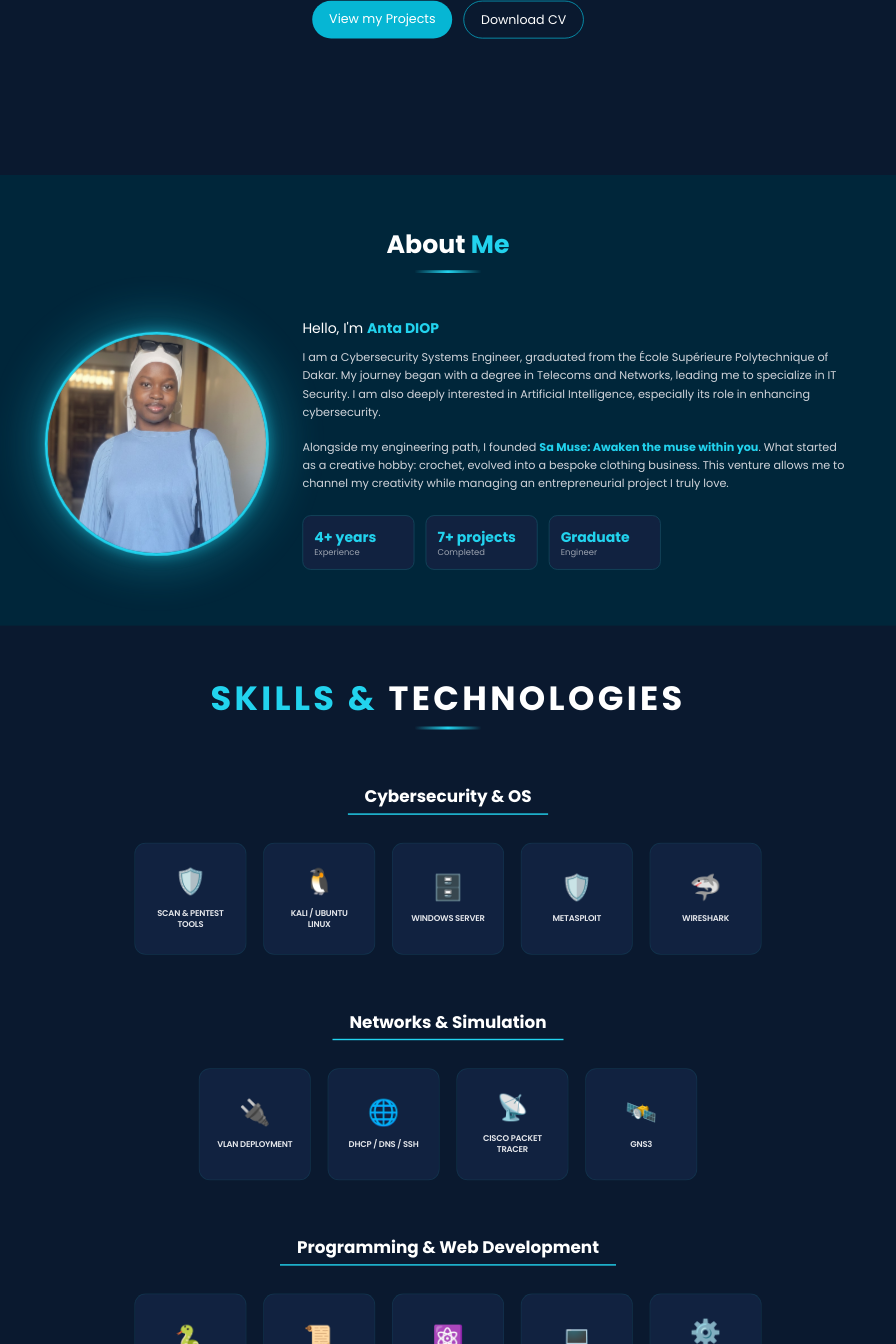
Repository: AntaaaKD/Mon-Portfolio
Page: /
An editor plug-in stored every save of this project. The page is shown before and after a run of saves, followed by the edit.
The browser window is 1280 px wide. The pictures show the part of the page from y = 470 to 2390 px (the page is 8584 px tall before and 8660 px after), at 70% of full size.
The project was rebuilt for these pictures with package versions that can differ from the ones it lists, and the page was loaded fresh each time.

Above is the page before, as saved 2026-01-15 12:56:23.

### public/index.html
<!DOCTYPE html>
<html lang="en">
  <link href="https://fonts.googleapis.com/css2?family=Poppins:wght@400;600;700&display=swap" rel="stylesheet">
  <head>
    <meta charset="utf-8" />
    <link rel="icon" href="%PUBLIC_URL%/favicon.ico" />
    <meta name="viewport" content="width=device-width, initial-scale=1" />
    <meta name="theme-color" content="#000000" />
    <meta
      name="description"
      content="Web site created using create-react-app"
    />
    <link rel="apple-touch-icon" href="%PUBLIC_URL%/logo192.png" />
    <!--
      manifest.json provides metadata used when your web app is installed on a
      user's mobile device or desktop. See https://developers.google.com/web/fundamentals/web-app-manifest/
    -->
    <link rel="manifest" href="%PUBLIC_URL%/manifest.json" />
    <!--
      Notice the use of %PUBLIC_URL% in the tags above.
      It will be replaced with the URL of the `public` folder during the build.
      Only files inside the `public` folder can be referenced from the HTML.

      Unlike "/favicon.ico" or "favicon.ico", "%PUBLIC_URL%/favicon.ico" will
      work correctly both with client-side routing and a non-root public URL.
      Learn how to configure a non-root public URL by running `npm run build`.
    -->
    <title>React App</title>
  </head>
  <body>
    <noscript>You need to enable JavaScript to run this app.</noscript>
    <div id="root"></div>
    <!--
      This HTML file is a template.
      If you open it directly in the browser, you will see an empty page.

      You can add webfonts, meta tags, or analytics to this file.
      The build step will place the bundled scripts into the <body> tag.

      To begin the development, run `npm start` or `yarn start`.
      To create a production bundle, use `npm run build` or `yarn build`.
    -->
  </body>
</html>

### src/index.css
@tailwind base;
@tailwind components;
@tailwind utilities;

body {
  margin: 0;
  font-family: 'Poppins', sans-serif;
  -webkit-font-smoothing: antialiased;
  -moz-osx-font-smoothing: grayscale;
}

code {
  font-family: source-code-pro, Menlo, Monaco, Consolas, 'Courier New',
    monospace;
}

### src/components/Navbar.jsx
import React, { useState, useEffect } from 'react';
import { Menu, X } from 'lucide-react';

const Navbar = () => {
  const [isScrolled, setIsScrolled] = useState(false);
  const [isOpen, setIsOpen] = useState(false);

  // Détecter le défilement pour changer l'apparence
  useEffect(() => {
    const handleScroll = () => {
      if (window.scrollY > 100) {
        setIsScrolled(true);
      } else {
        setIsScrolled(false);
      }
    };
    window.addEventListener('scroll', handleScroll);
    return () => window.removeEventListener('scroll', handleScroll);
  }, []);

  const navLinks = [
    { name: "Home", href: "#home" },
    { name: "About", href: "#about" },
    { name: "Skills", href: "#skills" },
    { name: "Achievements", href: "#achievements" },
    { name: "Projects", href: "#projects" },
    { name: "Community Engagement", href: "#community" },
    { name: "Contact", href: "#contact" },
  ];

  return (
    <>
      {/* 1. NAVBAR CLASSIQUE (Visible en haut de page) */}
      <nav className={`fixed top-0 w-full z-50 transition-all duration-500 px-6 py-4 ${
        isScrolled ? 'opacity-0 -translate-y-full pointer-events-none' : 'opacity-100 translate-y-0 bg-transparent'
      }`}>
        <div className="max-w-7xl mx-auto flex justify-between items-center">
          <div className="text-2xl font-black text-cyan-400">AD</div>
          <div className="hidden md:flex gap-8">
            {navLinks.map((link) => (
              <a key={link.name} href={link.href} className="text-sm font-medium hover:text-cyan-400 transition-colors uppercase tracking-widest">
                {link.name}
              </a>
            ))}
          </div>
        </div>
      </nav>

      {/* 2. ICONE MENU FLOTTANT (Apparaît au scroll) */}
      <div className={`fixed top-6 right-6 z-[60] transition-all duration-500 ${
        isScrolled ? 'scale-100 opacity-100' : 'scale-0 opacity-0'
      }`}>
        <button
          onClick={() => setIsOpen(!isOpen)}
          className="w-14 h-14 bg-cyan-500 text-[#0a192f] rounded-full flex items-center justify-center shadow-[0_0_20px_rgba(34,211,238,0.5)] hover:bg-white transition-all active:scale-90"
        >
          {isOpen ? <X size={28} /> : <Menu size={28} />}
        </button>
      </div>

      {/* 3. MENU OVERLAY (Plein écran quand on clique sur l'icône) */}
      <div className={`fixed inset-0 z-[55] bg-[#0a192f]/fb backdrop-blur-xl transition-all duration-500 ${
        isOpen ? 'translate-x-0' : 'translate-x-full'
      }`}>
        <div className="h-full flex flex-col items-center justify-center gap-8">
          {navLinks.map((link) => (
            <a
              key={link.name}
              href={link.href}
              onClick={() => setIsOpen(false)}
              className="text-3xl font-bold text-white hover:text-cyan-400 transition-colors uppercase tracking-tighter"
            >
              {link.name}
            </a>
          ))}
        </div>
      </div>
    </>
  );
};

export default Navbar;

### src/components/Home.jsx
import React, { useEffect, useRef } from 'react';
import Typed from 'typed.js';

const Home = () => {
  // Création d'une référence pour l'élément qui accueillera l'animation
  const el = useRef(null);

  useEffect(() => {
    const typed = new Typed(el.current, {
      strings: [
        "Cybersecurity Engineer",
        "Founder of Sa Muse",
      ],
      typeSpeed: 100,
      backSpeed: 90,
      loop: true,
    });

    // Nettoyage de l'animation pour éviter les bugs de mémoire
    return () => {
      typed.destroy();
    };
  }, []);

  return (
    <section id="home" className="flex flex-col items-center justify-center h-screen text-center px-4">
      <h1 className="text-6xl font-bold mb-4">
        Hi, I'm <span className="text-cyan-400">Anta DIOP</span>
      </h1>

      {/* On applique la ref ici pour l'animation */}
      <h2 className="text-2xl font-bold text-cyan-400 mb-6 h-8">
        <span ref={el}></span>
      </h2>

      <p className="text-lg mb-8 max-w-2xl">
        A Cybersecurity Engineer, I am passionate about analyzing, protecting, and detecting threats across systems and networks.
        I am also particularly interested in artificial intelligence applied to cybersecurity, a field that offers highly promising perspectives.
      </p>

      <div className="flex space-x-4">
        <a href="#projects" className="bg-cyan-500 text-lg px-6 py-3 rounded-full hover:bg-cyan-600 transition">
            View my Projects
        </a>
        <a href="/cv.pdf" download className="px-6 py-3 rounded-full border border-cyan-500 text-lg hover:bg-cyan-500 hover:text-custom-blue transition">
            Download CV
        </a>
      </div>
    </section>
  );
};

export default Home;

### src/components/About.jsx
import React from 'react';

const About = () => {
  return (
    <section id="about" className="py-20 px-4 bg-custom-blue text-white">
      <div className="max-w-6xl mx-auto">
        {/* Titre de la section */}
        <h2 className="text-4xl font-bold text-center mb-16">
          About <span className="text-cyan-400">Me</span>
          <div className="h-1 w-24 bg-gradient-to-r from-transparent via-cyan-400 to-transparent mx-auto mt-4 rounded-full"></div>
        </h2>


        <div className="flex flex-col md:flex-row items-center justify-between gap-12">

          {/* Colonne Image avec l'effet de halo bleu */}
          <div className="relative w-64 h-64 md:w-80 md:h-80">
            <div className="absolute inset-0 rounded-full bg-cyan-400 opacity-20 blur-2xl animate-pulse"></div>
            <div className="relative w-full h-full rounded-full border-4 border-cyan-400 overflow-hidden shadow-[0_0_20px_rgba(34,211,238,0.5)]">
              <img
                src="/image1.png"
                alt="Anta DIOP"
                className="w-full h-full object-cover"
              />
            </div>
          </div>

          {/* Colonne Texte */}
          <div className="flex-1 text-center md:text-left">
            <h3 className="text-xl mb-4">
              Hello, I'm <span className="text-cyan-400 font-bold">Anta DIOP</span>
            </h3>
            <p className="text-gray-300 mb-6 leading-relaxed">
              I am a Cybersecurity Systems Engineer, graduated from the École Supérieure Polytechnique of Dakar.
              My journey began with a degree in Telecoms and Networks, leading me to specialize in IT Security.
              I am also deeply interested in Artificial Intelligence, especially its role in enhancing cybersecurity.
            </p>
            <p className="text-gray-300 mb-8 leading-relaxed">
              Alongside my engineering path, I founded <span className="text-cyan-400 font-bold"> Sa Muse: Awaken the muse within you</span>.
              What started as a creative hobby: crochet, evolved into a bespoke clothing business. This venture allows me to channel my creativity while managing an entrepreneurial project I truly love.
            </p>

            {/* Cartes de statistiques (comme sur le modèle) */}
            <div className="flex flex-wrap justify-center md:justify-start gap-4">
              <div className="bg-[#112240] p-4 rounded-xl border border-cyan-900 w-40">
                <p className="text-cyan-400 font-bold text-xl">4+ years</p>
                <p className="text-xs text-gray-400">Experience</p>
              </div>
              <div className="bg-[#112240] p-4 rounded-xl border border-cyan-900 w-40">
                <p className="text-cyan-400 font-bold text-xl">7+ projects</p>
                <p className="text-xs text-gray-400">Completed</p>
              </div>
              <div className="bg-[#112240] p-4 rounded-xl border border-cyan-900 w-40">
                <p className="text-cyan-400 font-bold text-xl">Graduate</p>
                <p className="text-xs text-gray-400">Engineer</p>
              </div>
            </div>
          </div>

        </div>
      </div>
    </section>
  );
};

export default About;

### src/components/Skills.jsx
import React from 'react';

const Skills = () => {
  const skillCategories = [
    {
      domain: "Cybersecurity & OS",
      tools: [
        { name: 'Scan & Pentest Tools', icon: '🛡️' },
        { name: 'Kali / Ubuntu Linux', icon: '🐧' },
        { name: 'Windows Server', icon: '🗄️' },
        { name: 'Metasploit', icon: '🛡️' },
        { name: 'Wireshark', icon: '🦈' }
      ]
    },
    {
      domain: "Networks & Simulation",
      tools: [
        { name: 'VLAN Deployment', icon: '🔌' },
        { name: 'DHCP / DNS / SSH', icon: '🌐' },
        { name: 'Cisco Packet Tracer', icon: '📡' },
        { name: 'GNS3', icon: '🛰️' }
      ]
    },
    {
      domain: "Programming & Web Development",
      tools: [
        { name: 'Python', icon: '🐍' },
        { name: 'JavaScript', icon: '📜' },
        { name: 'React', icon: '⚛️' },
        { name: 'HTML5 / CSS3', icon: '💻' },
        { name: 'Low Code / No Code', icon: '⚙️' },
      ]
    },
    {
      domain: "Data & Infrastructure",
      tools: [
        { name: 'Machine Learning', icon: '🧠' },
        { name: 'SQL', icon: '📊' },
        { name: 'Docker', icon: '🐳' },
        { name: 'VMware / Virtualbox', icon: '🖥️' },
        { name: 'GitHub', icon: '🐙' }
      ]
    }
  ];

  return (
    <section id="skills" className="py-20 bg-[#0a192f] text-white">
      <div className="max-w-6xl mx-auto px-4">
        <h2 className="text-5xl font-bold text-center mb-20 text-cyan-400 uppercase tracking-widest">
          Skills & <span className="text-white">Technologies</span>
          <div className="h-1 w-24 bg-gradient-to-r from-transparent via-cyan-400 to-transparent mx-auto mt-4 rounded-full"></div>
        </h2>

        <div className="space-y-20">
          {skillCategories.map((category, idx) => (
            <div key={idx} className="flex flex-col items-center">
              {/* Titre du domaine bien centré */}
              <h3 className="text-2xl font-bold mb-10 text-white border-b-2 border-cyan-400 pb-2 px-6">
                {category.domain}
              </h3>

              {/* Grille des outils centrée */}
              <div className="flex flex-wrap justify-center gap-6 w-full">
                {category.tools.map((tool, index) => (
                  <div
                    key={index}
                    className="bg-[#112240] p-6 rounded-2xl border border-cyan-900/40 flex flex-col items-center justify-center w-40 h-40 transition-all duration-300 hover:border-cyan-400 hover:-translate-y-2 hover:shadow-[0_0_20px_rgba(34,211,238,0.15)] group"
                  >
                    <div className="text-4xl mb-4 group-hover:scale-110 transition-transform">
                      {tool.icon}
                    </div>
                    <h4 className="text-xs font-semibold text-gray-200 text-center uppercase tracking-tight">
                      {tool.name}
                    </h4>
                  </div>
                ))}
              </div>
            </div>
          ))}
        </div>
      </div>
    </section>
  );
};

export default Skills;

### src/components/Community.jsx
import React from 'react';
import { Users, Globe, ShieldCheck, Heart } from 'lucide-react';

const Community = () => {
  const experiences = [
    {
      organization: "WiMLDS Dakar",
      role: "Secretary General",
      icon: <Users className="text-pink-400" />,
      description: "Community dedicated to supporting women in Machine Learning and Data Science. I oversee administration and ensure the smooth execution of all community activities and initiatives.",
      tags: ["Leadership", "Gender Diversity", "AI"]
    },
    {
      organization: "Cyber221",
      role: "Digital Ambassador",
      icon: <ShieldCheck className="text-cyan-400" />,
      description: "Promoting cybersecurity culture and digital education in Senegal. Focused on online safety for children and fostering responsible digital behavior among citizens.",
      tags: ["Cyber Awareness", "Education", "Digital Safety"]
    },
    {
      organization: "Galsen AI",
      role: "MeetUp & Program Organizer",
      icon: <Globe className="text-blue-400" />,
      description: "Coordinating workshops and conferences focused on AI, Big Data, and IoT. Managing logistics and collaborating with speakers to enrich the tech ecosystem in Senegal.",
      tags: ["Event Planning", "AI Outreach", "Networking"]
    },
    {
      organization: "Association Xeweul bi",
      role: "Active Member",
      icon: <Heart className="text-red-400" />,
      description: "Providing holistic support to homeless and underprivileged individuals. Working to restore dignity and social integration through essential needs assistance.",
      tags: ["Social Impact", "Volunteerism", "Community"]
    }
  ];

  return (
    <section id="community" className="w-full py-24 bg-transparent text-white">
      <div className="max-w-6xl mx-auto px-4">

        <div className="text-center mb-16">
          <h2 className="text-5xl font-extrabold text-cyan-400  tracking-tighter">
            Community  <span className="text-white">Engagement</span>

          <div className="h-1 w-24 bg-gradient-to-r from-transparent via-cyan-400 to-transparent mx-auto mt-4 rounded-full"></div>
          </h2>
          <p className="text-gray-400 mt-4 italic">Active involvement in promoting technology, cybersecurity, and social impact within the Senegalese ecosystem.</p>
        </div>


        <div className="grid grid-cols-1 md:grid-cols-2 gap-8">
          {experiences.map((exp, index) => (
            <div
              key={index}
              className="bg-[#112240] p-8 rounded-2xl border border-cyan-900/30 hover:border-cyan-400/50 transition-all duration-300 shadow-xl group"
            >
              <div className="flex items-start gap-6">
                <div className="p-4 bg-[#0a192f] rounded-xl group-hover:scale-110 transition-transform shadow-inner">
                  {exp.icon}
                </div>

                <div className="flex-1">
                  <h3 className="text-2xl font-bold text-white group-hover:text-cyan-400 transition-colors">
                    {exp.organization}
                  </h3>
                  <h4 className="text-cyan-500 font-medium mb-4 italic">
                    {exp.role}
                  </h4>
                  <p className="text-gray-400 text-sm leading-relaxed mb-6">
                    {exp.description}
                  </p>

                  <div className="flex flex-wrap gap-2">
                    {exp.tags.map((tag, i) => (
                      <span key={i} className="text-[10px] font-mono text-cyan-300 bg-cyan-900/20 border border-cyan-800 px-2 py-1 rounded">
                        {tag}
                      </span>
                    ))}
                  </div>
                </div>
              </div>
            </div>
          ))}
        </div>
      </div>
    </section>
  );
};

export default Community;

### src/components/Contact.jsx
import React from 'react';
import { Mail, Linkedin, Github, ExternalLink } from 'lucide-react';

const Contact = () => {
  const contactLinks = [
    {
      name: "Email",
      value: "Soxna Anta",
      icon: <Mail size={28} />,
      link: "mailto:soxnaanta844@gmail.com",
      color: "hover:text-red-400"
    },
    {
      name: "LinkedIn",
      value: "Anta DIOP",
      icon: <Linkedin size={28} />,
      link: "https://www.linkedin.com/in/anta-diop-2332092a1/",
      color: "hover:text-blue-400"
    },
    {
      name: "GitHub",
      value: "AntaaaKD",
      icon: <Github size={28} />,
      link: "https://github.com/AntaaaKD",
      color: "hover:text-gray-400"
    }
  ];

  return (
    <section id="contact" className="w-full py-24 bg-[#0a192f] text-white">
      <div className="max-w-4xl mx-auto px-4 text-center">
        <h2 className="text-5xl font-extrabold text-cyan-400 mb-6 tracking-tighter">
          Let's <span className="text-white">Connect</span>
        </h2>

        <p className="text-gray-400 mb-16 max-w-2xl mx-auto text-lg">
          I'm always open to discussing <span className="text-cyan-400">Cybersecurity</span> research,
          AI projects, or professional opportunities.
        </p>

        <div className="grid grid-cols-1 md:grid-cols-3 gap-8">
          {contactLinks.map((contact, index) => (
            <a
              key={index}
              href={contact.link}
              target="_blank"
              rel="noopener noreferrer"
              className={`bg-[#112240] p-10 rounded-3xl border border-cyan-900/30 transition-all duration-300 group shadow-xl flex flex-col items-center hover:border-cyan-400/50 hover:-translate-y-3`}
            >
              {/* Icône avec cercle de fond */}
              <div className="w-16 h-16 bg-[#0a192f] rounded-2xl flex items-center justify-center mb-6 text-cyan-400 group-hover:scale-110 group-hover:bg-cyan-400 group-hover:text-[#0a192f] transition-all duration-300 shadow-inner">
                {contact.icon}
              </div>

              <h3 className="text-xl font-bold mb-2 text-white">{contact.name}</h3>
              <p className="text-gray-400 text-sm mb-4 break-all">{contact.value}</p>

              {/* Petit indicateur d'action */}
              <div className="flex items-center text-xs font-bold text-cyan-500 uppercase tracking-widest opacity-0 group-hover:opacity-100 transition-opacity">
                <span>Contact Me</span>
                <ExternalLink size={12} className="ml-2" />
              </div>
            </a>
          ))}
        </div>

        {/* Footer simple */}
        <div className="mt-32 pt-10 border-t border-cyan-900/20 text-gray-500 text-sm">
          <p>© {2025} — Made with love by Anta DIOP❤️</p>
          <p>Well, there you have it, now you know everything about me... 😎✌🏽️😂</p>
        </div>
      </div>
    </section>
  );
};

export default Contact;

### src/components/ParticlesBackground.jsx
import { useEffect, useState } from "react";
import Particles, { initParticlesEngine } from "@tsparticles/react";
import { loadSlim } from "@tsparticles/slim";

const ParticlesBackground = () => {
    const [init, setInit] = useState(false);

    useEffect(() => {
        initParticlesEngine(async (engine) => {
            await loadSlim(engine);
        }).then(() => {
            setInit(true);
        });
    }, []);

    const options = {
        background: {
            color: { value: "transparent" }, // On garde ton fond bleu sombre du CSS
        },
        fpsLimit: 120,
        interactivity: {
            events: {
                onHover: {
                    enable: true,
                    mode: "grab", // Crée un lien avec le curseur
                },
            },
            modes: {
                grab: {
                    distance: 200,
                    links: { opacity: 0.5 }
                },
            },
        },
        particles: {
            color: { value: "#22d3ee" }, // Ton Cyan fétiche
            links: {
                color: "#22d3ee",
                distance: 150,
                enable: true,
                opacity: 0.2,
                width: 1,
            },
            move: {
                enable: true,
                speed: 1,
                direction: "none",
                outModes: { default: "out" },
            },
            number: {
                density: { enable: true, area: 800 },
                value: 80, // Nombre de points
            },
            opacity: { value: 0.3 },
            shape: { type: "circle" },
            size: { value: { min: 1, max: 3 } },
        },
        detectRetina: true,
    };

    if (init) {
        return (
            <Particles
                id="tsparticles"
                options={options}
                className="fixed inset-0 -z-10 w-full h-full pointer-events-none"
            />
        );
    }

    return null;
};

export default ParticlesBackground;

Loaded but not shown: src/index.js (common file); src/reportWebVitals.js (common file); src/App.js (31 lines, source omitted); tailwind.config.js (15 lines, source omitted); src/components/Projects.jsx (110 lines, source omitted); src/components/Achievements.jsx (104 lines, source omitted)

After the next 2 saves:
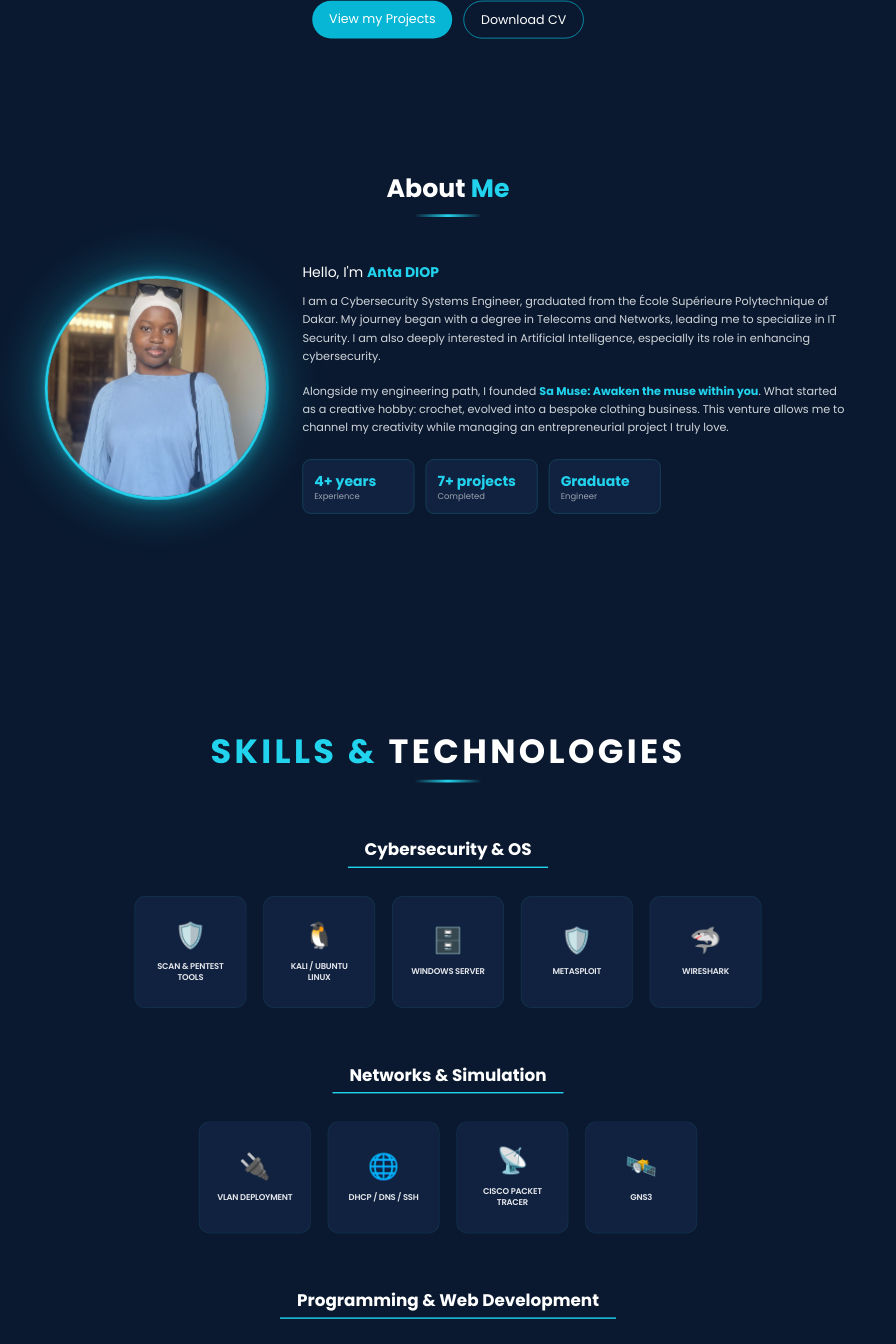
The 2 saves are shown as one change because they came seconds apart.
The last was saved 6 min 34 s later.
--- a/src/components/About.jsx
+++ b/src/components/About.jsx
@@ -2,7 +2,7 @@ import React from 'react';
 
 const About = () => {
   return (
-    <section id="about" className="py-20 px-4 bg-custom-blue text-white">
+    <section id="about" className="relative w-full min-h-screen bg-transparent text-white">
       <div className="max-w-6xl mx-auto">
         {/* Titre de la section */}
         <h2 className="text-4xl font-bold text-center mb-16">
